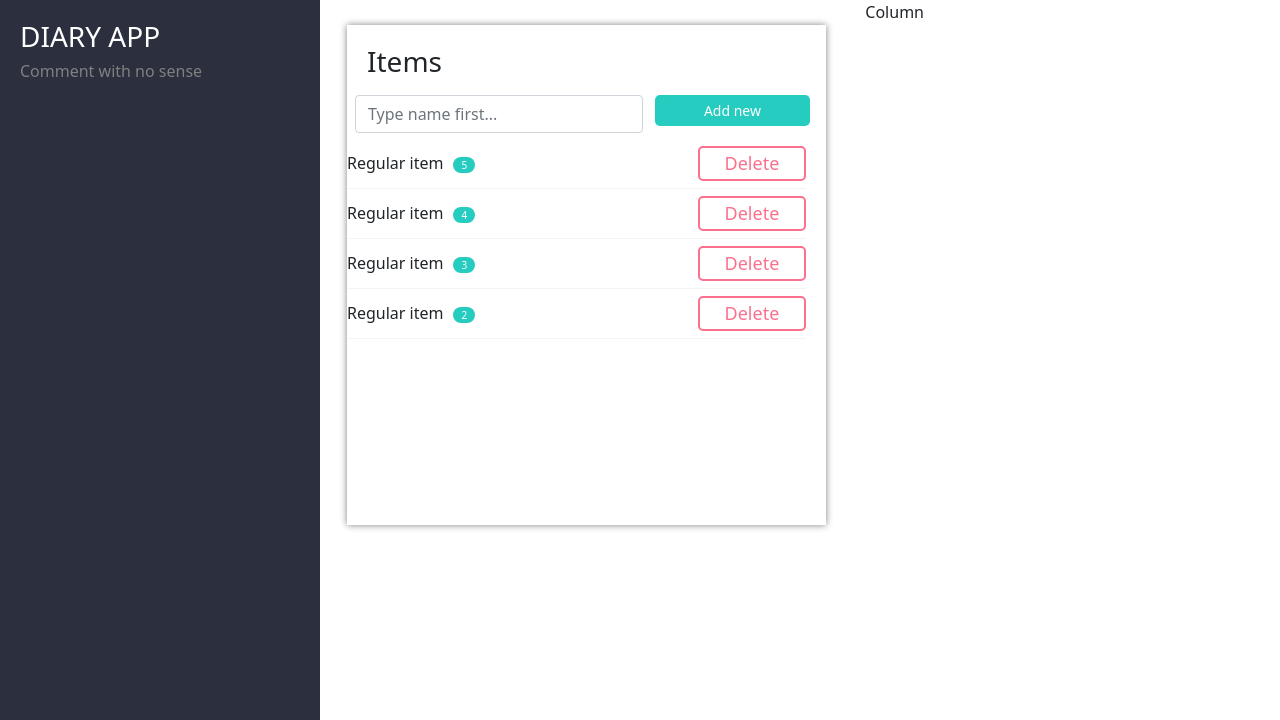
Repository: tsydikov/diary
Page: /
The author's editor kept a copy of each file at every save. The page is drawn from the files as they stood at one save, then again after a run of saves.
The browser window is 1280 px wide. The pictures show the whole page.
The project was rebuilt for these pictures with package versions that can differ from the ones it lists, and the page was loaded fresh each time.

Above is the page before, as saved 2021-09-10 21:44:39.

After the next 2 saves:
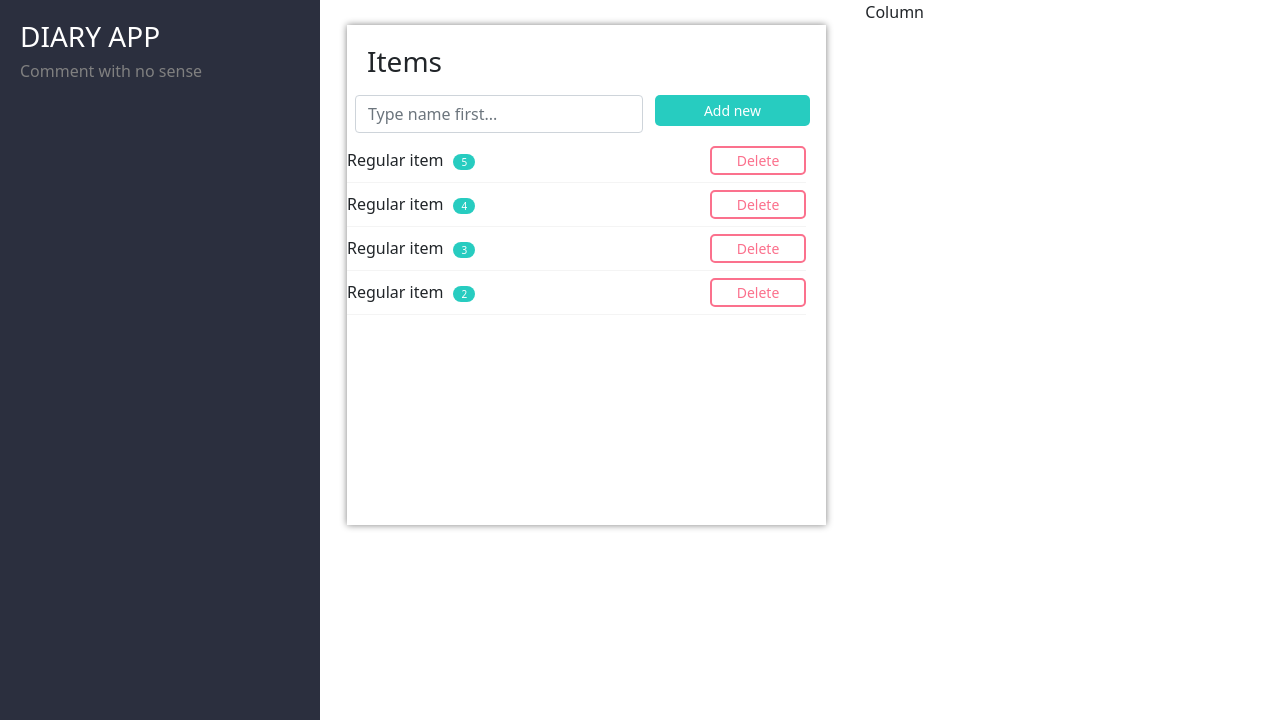
The 2 saves are shown as one change because they came seconds apart.
The last was saved 27 s later.
--- a/src/UI/Buttons/Button.module.css
+++ b/src/UI/Buttons/Button.module.css
@@ -15,7 +15,7 @@
 .BtnDel {
     padding: 2px 25px;
     color: #fb718d;
-    font-size: 18px;
+    font-size: 14px;
     border: 2px solid #fb718d;
     cursor: pointer;
     background-color: white;
@@ -24,9 +24,3 @@
     align-items:stretch;
     text-align: center;
 }
-
-/* .BtnCancel svg {
-    height: 1rem;
-    padding-right: 5px;
-    padding-bottom: 3px;
-} */
